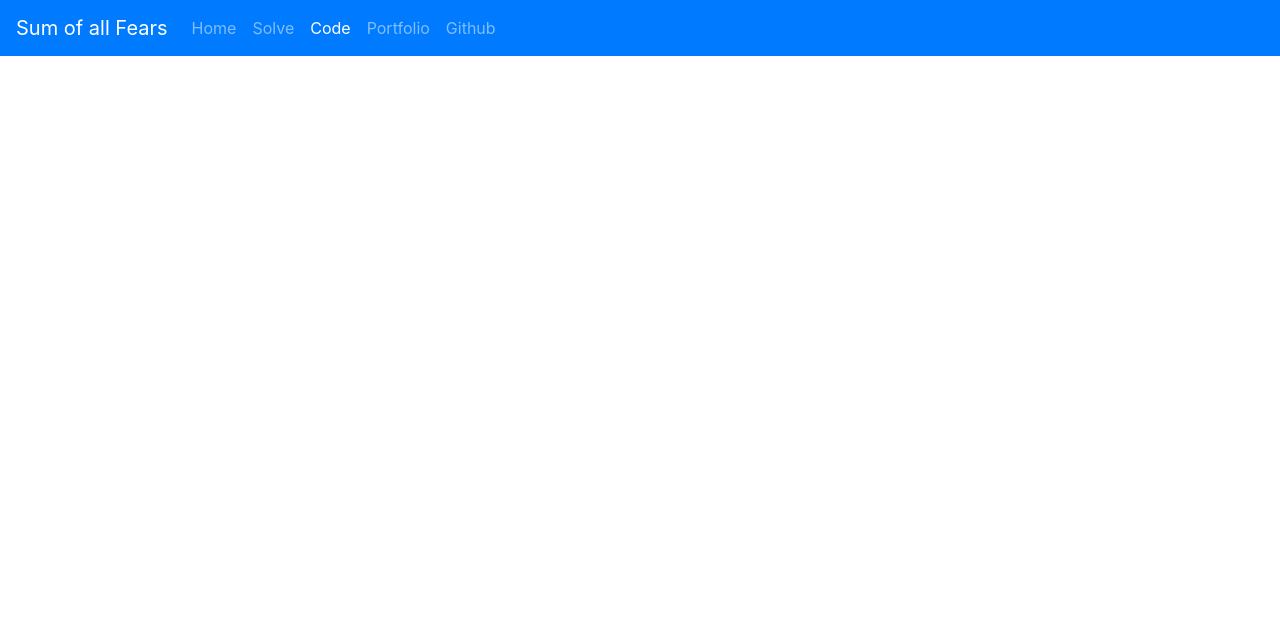
Repository: zhadjah9559/BrainBufferOverflow
Page: code.html
The author's editor kept a copy of each file at every save. The page is drawn from the files as they stood at one save, then again after the next save.
The browser window is 1280 px wide. The pictures show the whole page.

Above is the page before, as saved 2021-01-18 00:53:16.

### code.html
<!doctype html>
<html lang="en">
  <head>
    <title>Title</title>
    <!-- Required meta tags -->
    <meta charset="utf-8">
    <meta name="viewport" content="width=device-width, initial-scale=1, shrink-to-fit=no">

    <!-- Bootstrap CSS -->
    <link rel="stylesheet" href="https://stackpath.bootstrapcdn.com/bootstrap/4.3.1/css/bootstrap.min.css" integrity="sha384-ggOyR0iXCbMQv3Xipma34MD+dH/1fQ784/j6cY/iJTQUOhcWr7x9JvoRxT2MZw1T" crossorigin="anonymous">
  </head>
  <body>

    <nav class="navbar navbar-expand-sm navbar-dark bg-primary">
        <a class="navbar-brand" href="index.html">Sum of all Fears</a>
        <button class="navbar-toggler d-lg-none" type="button" data-toggle="collapse" data-target="#collapsibleNavId" aria-controls="collapsibleNavId"
            aria-expanded="false" aria-label="Toggle navigation"></button>
        <div class="collapse navbar-collapse" id="collapsibleNavId">
            <ul class="navbar-nav mr-auto mt-2 mt-lg-0">
                <li class="nav-item">
                    <a class="nav-link" href="index.html">Home </a>
                </li>
                <li class="nav-item">
                    <a class="nav-link" href="solve.html">Solve</a>
                </li>
                 <li class="nav-item active">
                    <a class="nav-link" href="code.html">Code <span class="sr-only">(current)</span></a>

                <li class="nav-item">
                    <a target="_blank" class="nav-link" href="https://zacharyhadjah.netlify.app/">Portfolio</a>
                </li>

                </li> <li class="nav-item">
                    <a target="_blank" class="nav-link" href="https://github.com/zhadjah9559/BrainBufferOverflow">Github</a>
                </li>

            </ul>
        </div>
    </nav>

    <pre class="line-numbers language-javascript"> <code class="language-javascript">

    </code></pre>


    <!-- Optional JavaScript -->
    <!-- jQuery first, then Popper.js, then Bootstrap JS -->
    <script src="https://code.jquery.com/jquery-3.3.1.slim.min.js" integrity="sha384-q8i/X+965DzO0rT7abK41JStQIAqVgRVzpbzo5smXKp4YfRvH+8abtTE1Pi6jizo" crossorigin="anonymous"></script>
    <script src="https://cdnjs.cloudflare.com/ajax/libs/popper.js/1.14.7/umd/popper.min.js" integrity="sha384-UO2eT0CpHqdSJQ6hJty5KVphtPhzWj9WO1clHTMGa3JDZwrnQq4sF86dIHNDz0W1" crossorigin="anonymous"></script>
    <script src="https://stackpath.bootstrapcdn.com/bootstrap/4.3.1/js/bootstrap.min.js" integrity="sha384-JjSmVgyd0p3pXB1rRibZUAYoIIy6OrQ6VrjIEaFf/nJGzIxFDsf4x0xIM+B07jRM" crossorigin="anonymous"></script>
  </body>
</html>

After the next save:
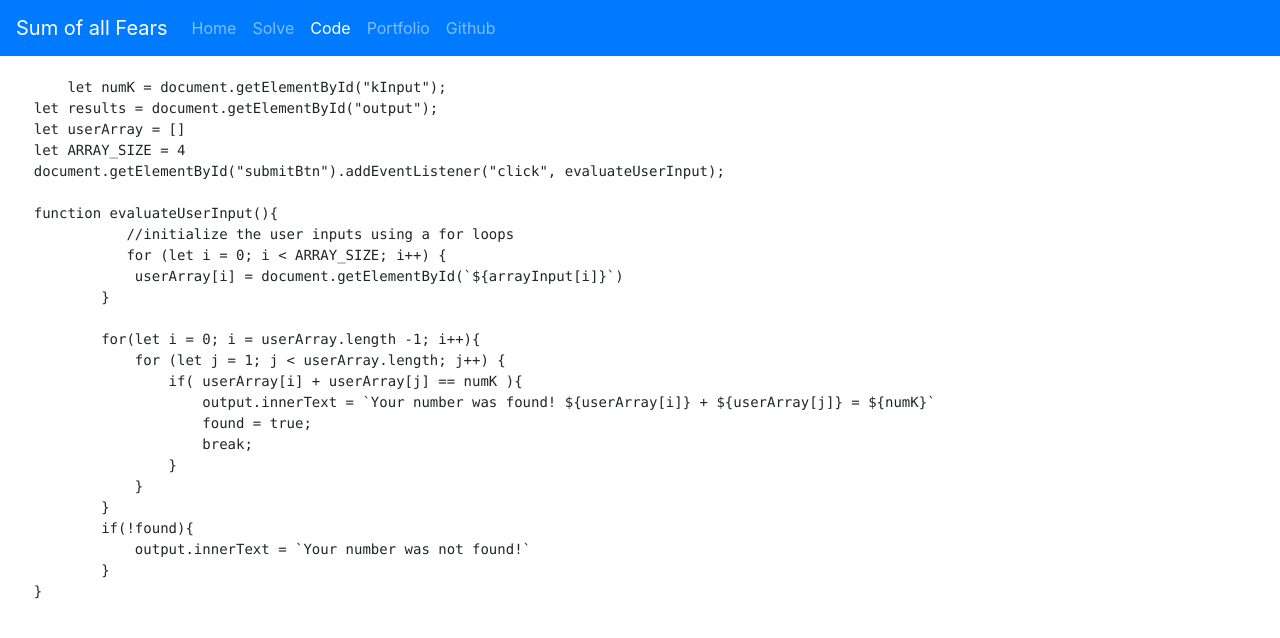
Saved 10 s later.
--- a/code.html
+++ b/code.html
@@ -39,7 +39,31 @@
     </nav>
 
     <pre class="line-numbers language-javascript"> <code class="language-javascript">
+        let numK = document.getElementById("kInput");
+    let results = document.getElementById("output");
+    let userArray = []
+    let ARRAY_SIZE = 4
+    document.getElementById("submitBtn").addEventListener("click", evaluateUserInput);
 
+    function evaluateUserInput(){
+               //initialize the user inputs using a for loops
+               for (let i = 0; i < ARRAY_SIZE; i++) {
+                userArray[i] = document.getElementById(`${arrayInput[i]}`)
+            }
+
+            for(let i = 0; i = userArray.length -1; i++){
+                for (let j = 1; j < userArray.length; j++) {
+                    if( userArray[i] + userArray[j] == numK ){
+                        output.innerText = `Your number was found! ${userArray[i]} + ${userArray[j]} = ${numK}`
+                        found = true;
+                        break;
+                    }
+                }
+            }
+            if(!found){
+                output.innerText = `Your number was not found!`
+            }
+    }
     </code></pre>
 
 
